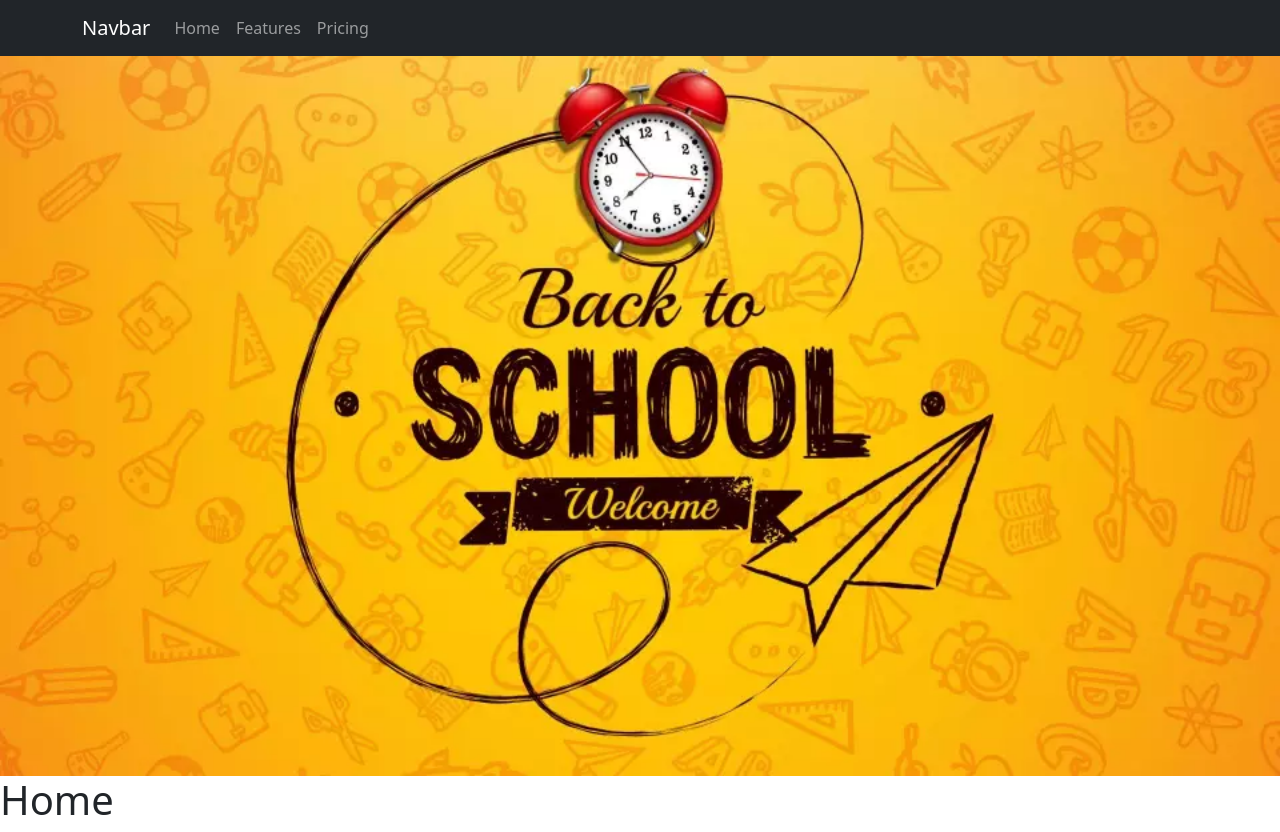
Repository: ankitgujre01/React-day-12
Page: / (app in crud/)
These files come from the project's save history. The page is drawn as it stood at one moment and after the next save; the edit follows.
The browser window is 1280 px wide. The pictures show the whole page.
The project was rebuilt for these pictures with package versions that can differ from the ones it lists, and the page was loaded fresh each time. Also part of the build but not shown: crud/vite.config.js, crud/src/css/style.css.

Above is the page before, as saved 2025-04-11 23:08:24.

After the next save:
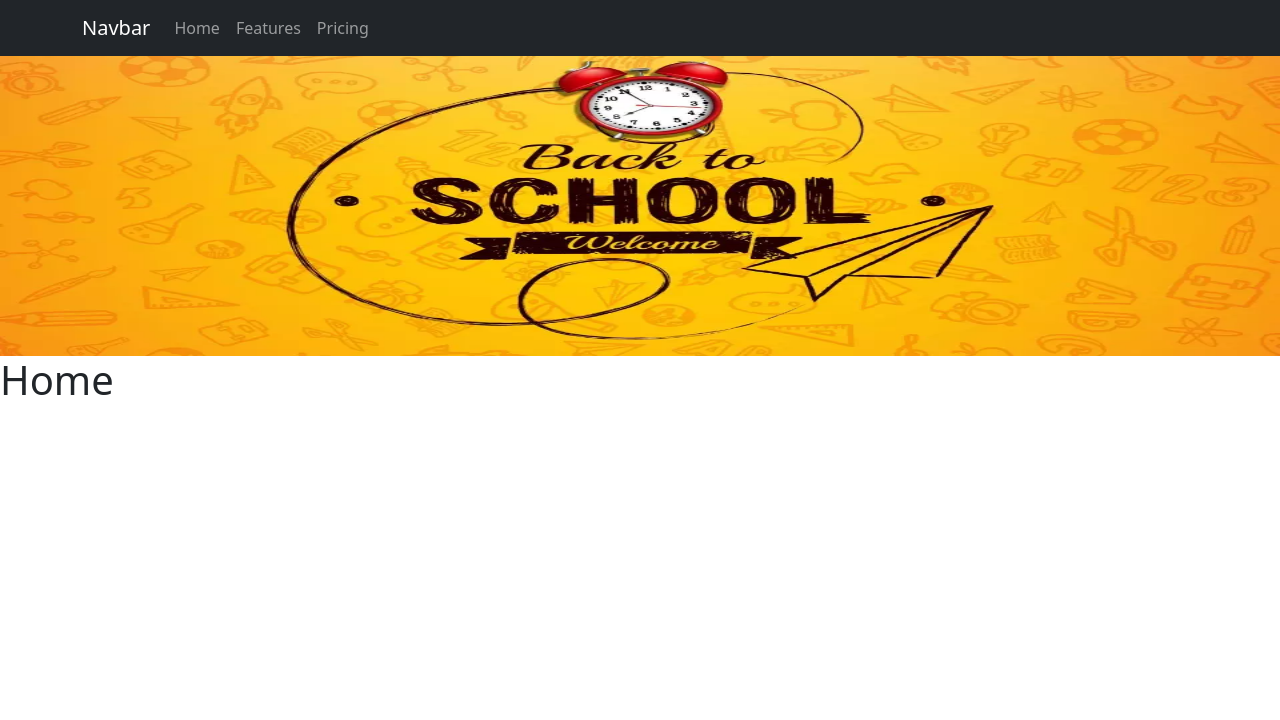
Saved 4 s later.
--- a/crud/src/components/TopBanner.jsx
+++ b/crud/src/components/TopBanner.jsx
@@ -4,7 +4,7 @@ const TopBanner = () => {
   return (
       <>
           <div>
-              <img src={myimg} alt="Banner" width='100%' height=""/>
+              <img src={myimg} alt="Banner" width='100%' height="300px"/>
               </div>
       </>
   )
